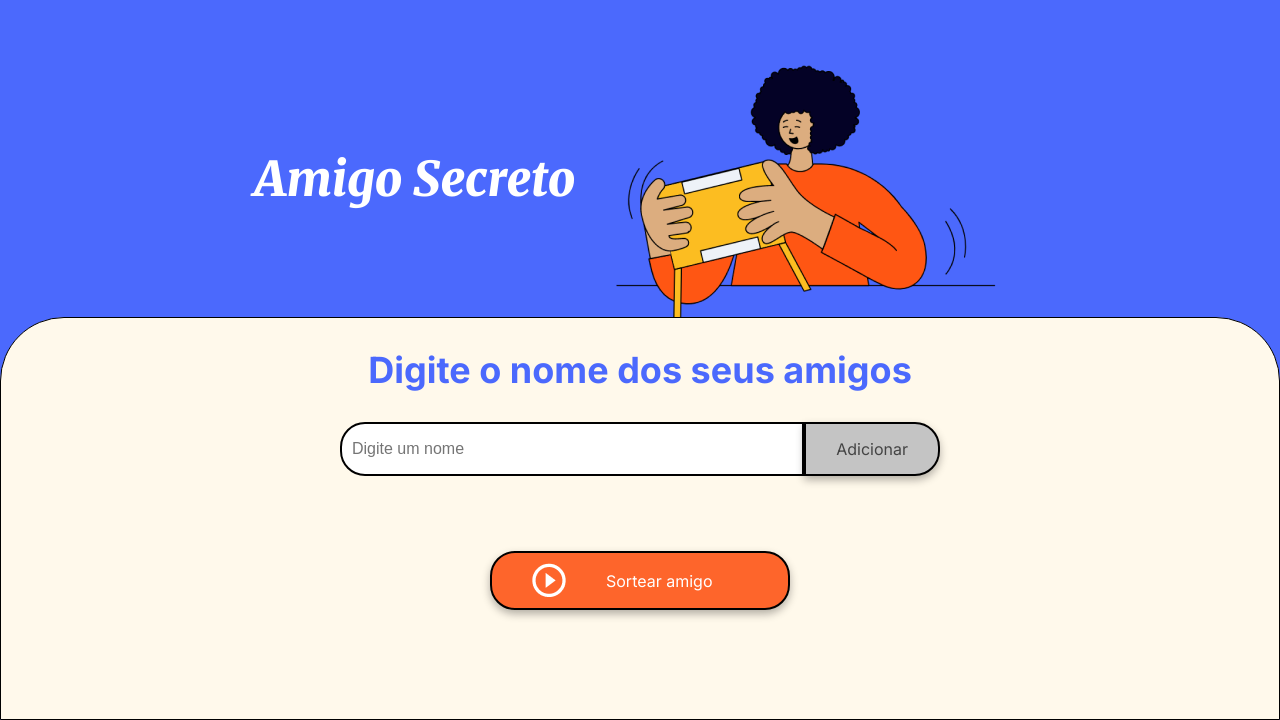
Repository: arturcosta86/challenge-amigo-secreto
Page: index.html
The author's editor kept a copy of each file at every save. The page is drawn from the files as they stood at one save, then again after the next save.
The browser window is 1280 px wide. The pictures show the whole page.

Above is the page before, as saved 2025-03-18 19:55:53.

### index.html
<!DOCTYPE html>
<html lang="pt-br">
<head>
    <meta charset="UTF-8">
    <meta name="viewport" content="width=device-width, initial-scale=1.0">
    <link rel="stylesheet" href="style.css">
    <link rel="preconnect" href="https://fonts.googleapis.com">
    <link rel="preconnect" href="https://fonts.gstatic.com" crossorigin>
    <link href="https://fonts.googleapis.com/css2?family=Inter:wght@100;400;700;900&family=Merriweather:ital,wght@0,300;0,400;0,700;0,900;1,300;1,400;1,700;1,900&display=swap" rel="stylesheet">
    <title>Amigo Secreto</title>
</head>

<body>
    <main class="main-content">
        <header class="header-banner">
            <h1 class="main-title">Amigo Secreto</h1>
            <img src="assets/amigo-secreto.png" alt="Imagem representativa de amigo secreto">
        </header>

        <section class="input-section">
            <h2 class="section-title">Digite o nome dos seus amigos</h2>
            <div class="input-wrapper">
                <input type="text" id="amigo" class="input-name" placeholder="Digite um nome">
                <button class="button-add" onclick="adicionarAmigo()">Adicionar</button>
            </div>

            <ul id="listaAmigos" class="name-list" aria-labelledby="listaAmigos" role="list"></ul>
            <ul id="resultado" class="result-list" aria-live="polite"></ul>

            <div class="button-container">
                <button class="button-draw" onclick="sortearAmigo()" aria-label="Sortear amigo secreto">
                    <img src="assets/play_circle_outline.png" alt="Ícone para sortear">
                    Sortear amigo
                </button>
            </div>
        </section>
    </main>

    <script src="app.js" defer></script>
</body>
</html>

### style.css
:root {
    --color-primary: #4B69FD;
    --color-secondary: #FFF9EB;
    --color-tertiary: #C4C4C4;
    --color-button: #fe652b;
    --color-button-hover: #e55720;
    --color-text: #444444;
    --color-white: #FFFFFF;
}

/* Estilos gerais */
* {
    margin: 0;
    padding: 0;
    box-sizing: border-box;
}

body {
    height: 100vh;
    background-color: var(--color-primary);
    display: flex;
    justify-content: center;
    align-items: center;
}

.main-content {
    display: flex;
    flex-direction: column;
    height: 100%;
    width: 100%;
}

/* Banner */
.header-banner {
    flex: 40%;
    display: flex;
    justify-content: center;
    align-items: center;
    padding: 40px 0 0;
}

/* Seção de entrada */
.input-section {
    flex: 60%;
    background-color: var(--color-secondary);
    border: 1px solid #000;
    border-radius: 64px 64px 0 0;
    display: flex;
    flex-direction: column;
    align-items: center;
    padding: 20px;
    width: 100%;
}

/* Títulos */
.main-title {
    font-size: 48px;
    font-family: "Merriweather", serif;
    font-weight: 900;
    font-style: italic;
    color: var(--color-white);
}

.section-title {
    font-family: "Inter", serif;
    font-size: 36px;
    font-weight: 700;
    color: var(--color-primary);
    margin: 10px 0;
    text-align: center;
}

/* Contêineres de entrada e botão */
.input-wrapper {
    display: flex;
    justify-content: center;
    width: 100%;
    max-width: 600px;
    margin-top: 20px;
}

.input-name {
    width: 100%;
    padding: 10px;
    border: 2px solid #000;
    border-radius: 25px 0 0 25px;
    font-size: 16px;
}

.button-container {
    width: 300px;
    justify-content: center;
}

/* Estilos de entrada de texto */
.input-title {
    flex: 1;
    padding: 10px 15px;
    font-size: 16px;
    border: 2px solid #333;
    border-right: none;
    border-radius: 25px 0 0 25px;
    font-family: "Merriweather", serif;
    box-shadow: 0 4px 8px rgba(0, 0, 0, 0.3);
}

/* Estilos de botão */
button {
    padding: 15px 30px;
    font-family: "Inter", sans-serif;
    font-size: 16px;
    border: 2px solid #000;
    border-radius: 25px;
    box-shadow: 0 4px 8px rgba(0, 0, 0, 0.3);
    cursor: pointer;
}

.button-add {
    background-color: var(--color-tertiary);
    color: var(--color-text);
    border-radius: 0 25px 25px 0;
}

.button-add:hover {
    background-color: #a1a1a1;
}

/* Listas */
ul {
    list-style-type: none;
    color: var(--color-text);
    font-family: "Inter", sans-serif;
    font-size: 18px;
    margin: 20px 0;
}

.result-list {
    margin-top: 15px;
    color: #05DF05;
    font-size: 22px;
    font-weight: bold;
    text-align: center;
}

/* Botão de sortear título */
.button-draw {
    display: flex;
    align-items: center;
    width: 100%;
    padding: 10px 40px;
    color: var(--color-white);
    background-color: var(--color-button);
    font-size: 16px;
}

.button-draw img {
    margin-right: 40px;
}

.button-draw:hover {
    background-color: var(--color-button-hover);
}

### app.js
//O principal objetivo deste desafio é fortalecer suas habilidades em lógica de programação. Aqui você deverá desenvolver a lógica para resolver o problema.

let amigos = []; // Array para armazenar os nomes dos amigos

function adicionarAmigo() {
    const nomeAmigo = document.getElementById('amigo').value;

    // Validação: Campo vazio
    if (nomeAmigo.trim() === '') {
        alert('Por favor, insira um nome válido.');
        return; // Impede a execução do restante da função
    }

    // Validação: Nome já existe na lista.
    if (amigos.includes(nomeAmigo)) {
        alert('Este nome já foi adicionado. Por favor, insira um nome diferente.');
        document.getElementById('amigo').value = ''; // Limpa o campo
        return;
    }


    amigos.push(nomeAmigo); // Adiciona o nome ao array
    atualizarLista();      // Chama a função para atualizar a exibição da lista
    document.getElementById('amigo').value = ''; // Limpa o campo de entrada
}

function atualizarLista() {
    const listaAmigos = document.getElementById('listaAmigos');
    listaAmigos.innerHTML = ''; // Limpa a lista atual

    for (const amigo of amigos) {
        const listItem = document.createElement('li');
        listItem.textContent = amigo;
        listaAmigos.appendChild(listItem);
    }
}

function sortearAmigo() {
    if (amigos.length < 2) {
        alert('Adicione pelo menos dois amigos para sortear.');
        return;
    }

    const amigosEmbaralhados = [...amigos]; // Cria uma cópia do array original
    embaralhar(amigosEmbaralhados); // Embaralha a cópia

    const resultado = document.getElementById('resultado');
    resultado.innerHTML = ''; // Limpa resultados anteriores

     for (let i = 0; i < amigosEmbaralhados.length; i++) {
        const amigoAtual = amigosEmbaralhados[i];
        const proximoAmigo = amigosEmbaralhados[(i + 1) % amigosEmbaralhados.length]; // Garante circularidade

        const resultadoItem = document.createElement('li');
        resultadoItem.textContent = `${amigoAtual} -> ${proximoAmigo}`;
        resultado.appendChild(resultadoItem);
    }
}

// Função de embaralhamento (Fisher-Yates Shuffle)
function embaralhar(array) {
    for (let i = array.length - 1; i > 0; i--) {
        const j = Math.floor(Math.random() * (i + 1));
        [array[i], array[j]] = [array[j], array[i]]; // Troca os elementos de posição
    }
}

After the next save:
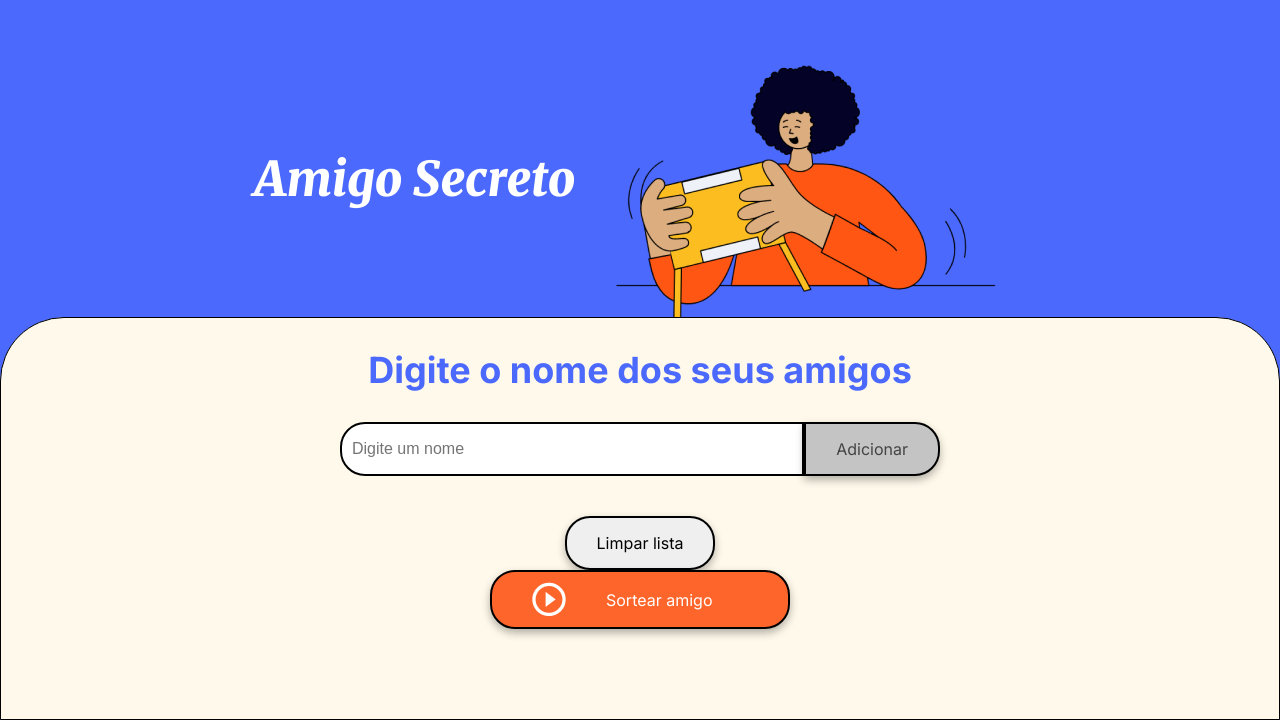
Saved 10 min 45 s later.
--- a/index.html
+++ b/index.html
@@ -6,7 +6,7 @@
     <link rel="stylesheet" href="style.css">
     <link rel="preconnect" href="https://fonts.googleapis.com">
     <link rel="preconnect" href="https://fonts.gstatic.com" crossorigin>
-    <link href="https://fonts.googleapis.com/css2?family=Inter:wght@100;400;700;900&family=Merriweather:ital,wght@0,300;0,400;0,700;0,900;1,300;1,400;1,700;1,900&display=swap" rel="stylesheet">
+    <link href="https://fonts.googleapis.com/css2?family=Inter:wght@100;400;500;600;700;900&family=Merriweather:ital,wght@0,300;0,400;0,700;0,900;1,300;1,400;1,700;1,900&display=swap" rel="stylesheet">
     <title>Amigo Secreto</title>
 </head>
 
@@ -20,19 +20,28 @@
         <section class="input-section">
             <h2 class="section-title">Digite o nome dos seus amigos</h2>
             <div class="input-wrapper">
-                <input type="text" id="amigo" class="input-name" placeholder="Digite um nome">
-                <button class="button-add" onclick="adicionarAmigo()">Adicionar</button>
+                <input type="text" id="amigo" class="input-name" placeholder="Digite um nome" aria-label="Nome do amigo">
+                <button class="button-add" onclick="adicionarAmigo()" aria-label="Adicionar amigo à lista">Adicionar</button>
             </div>
 
-            <ul id="listaAmigos" class="name-list" aria-labelledby="listaAmigos" role="list"></ul>
-            <ul id="resultado" class="result-list" aria-live="polite"></ul>
+            <!-- Área de feedback será inserida via JavaScript -->
+
+            <ul id="listaAmigos" class="name-list" aria-label="Lista de amigos adicionados" role="list"></ul>
+
+            <div class="control-buttons">
+                <button class="btn-clear-all" onclick="limparTodosAmigos()" aria-label="Limpar toda a lista">
+                    Limpar lista
+                </button>
+            </div>
 
             <div class="button-container">
                 <button class="button-draw" onclick="sortearAmigo()" aria-label="Sortear amigo secreto">
-                    <img src="assets/play_circle_outline.png" alt="Ícone para sortear">
+                    <img src="assets/play_circle_outline.png" alt="">
                     Sortear amigo
                 </button>
             </div>
+
+            <ul id="resultado" class="result-list" aria-live="polite" aria-label="Resultados do sorteio"></ul>
         </section>
     </main>
 
